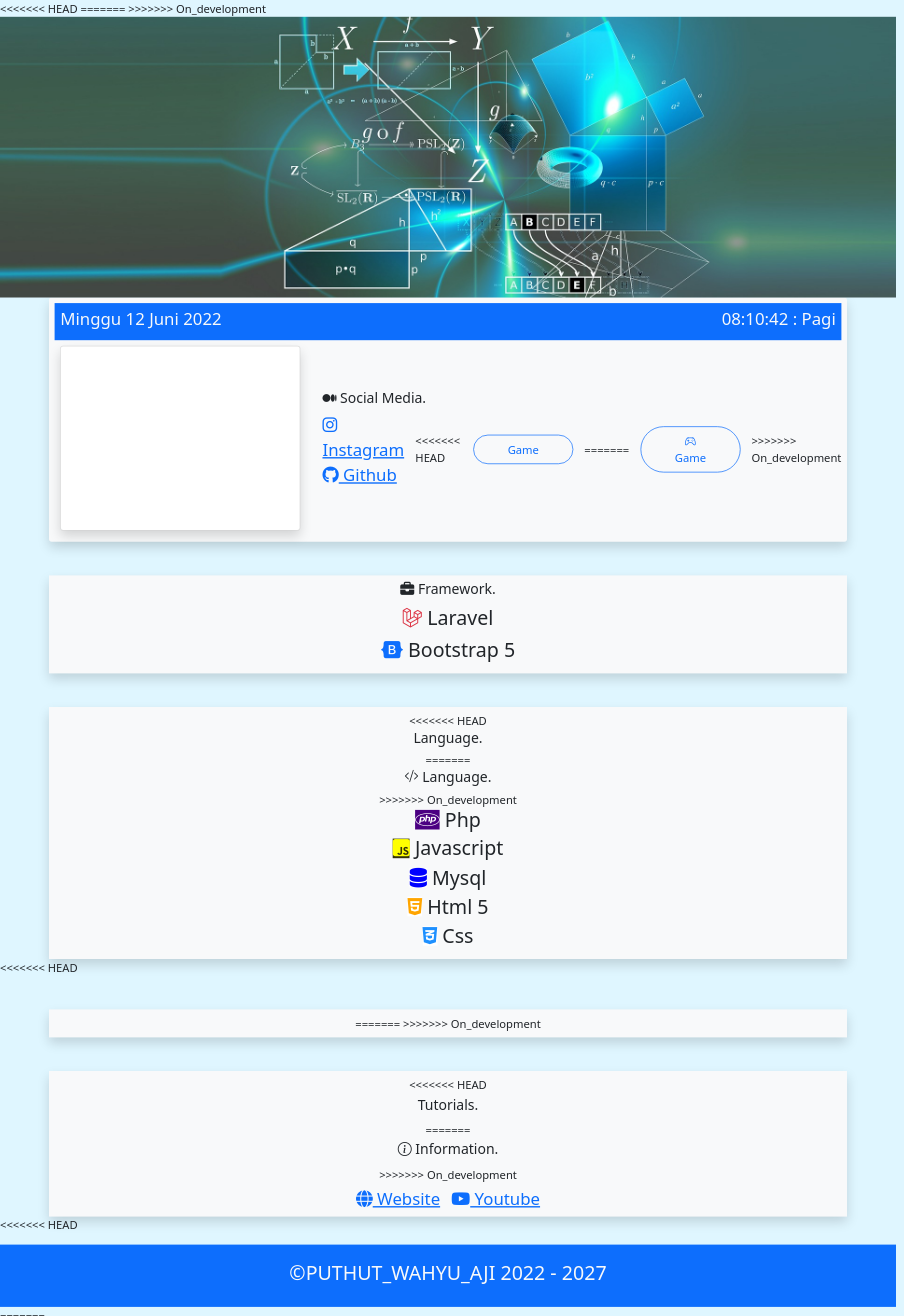
Repository: initer3737/initer3737.github.io
Page: index.html
An editor plug-in stored every save of this project. The page is shown before and after the next save, followed by the edit.
The browser window is 1280 px wide. The page is 1292 px wide, so the pictures cover 1292 px, including what lies to the right of the window. The pictures show the part of the page from y = 0 to 1880 px (the page is 3700 px tall before and 3676 px after), at 70% of full size.
Pictures or frames that could not be fetched are drawn as grey boxes. Some web libraries are served in a nearby version.

Above is the page before, as saved 2022-06-12 08:44:28.

### index.html
<!DOCTYPE html>
<html lang="en">
<head>
    <meta charset="UTF-8">
    <meta http-equiv="X-UA-Compatible" content="IE=edge">
    <meta name="viewport" content="width=device-width, initial-scale=1.0">
    <title>puthut wahyu aji</title>
    <link href="https://cdn.jsdelivr.net/npm/bootstrap@5.0.2/dist/css/bootstrap.min.css" rel="stylesheet" integrity="sha384-EVSTQN3/azprG1Anm3QDgpJLIm9Nao0Yz1ztcQTwFspd3yD65VohhpuuCOmLASjC" crossorigin="anonymous">
    <script src="https://kit.fontawesome.com/7bb1ae10af.js" crossorigin="anonymous"></script>
<<<<<<< HEAD
=======
<!-- bootstrap icon -->
<link rel="stylesheet" href="https://cdn.jsdelivr.net/npm/bootstrap-icons@1.8.3/font/bootstrap-icons.css">
>>>>>>> on_development

    <link rel="stylesheet" href="css/style.css">
</head>
<body class="bg-1">
    <header class=" bg-1">
       <div class="row">
         <img src="img/banner-982162_1920.jpg" alt="" class="img-fluid w-100" srcset="">
       </div>
    </header>
    <div class="container bg-light shadow rounded  d-flex flex-column gap-4 justify-content-center align-content-center align-items-center p-2">
        <div class="row d-flex align-content-center align-items-center">
            <div class="col-12">
               <div class="bg-primary text-capitalize d-flex justify-content-between">
                <p id="fulldate" class="h4 text-light p-2"></p>
                <p id="jam" class="h4 text-light p-2"></p>
               </div>
            </div>
            <div class="col-10 col-md-5 col-lg-4">
               <div class="card shadow m-2 p-1 position-relative">
                <video src="img/Earth - 4788.mp4" loop muted autoplay class="w-100 rounded-pill py-5 px-2"></video>
                <div class="filter2"></div>
               </div>
            </div>
            <div class="col-10 col-md-9 col-lg-8">
               <h5 class="text-capitalize"><i class="bi bi-medium"></i> social media.</h5>
               <div class="d-flex flex-row align-content-center align-items-center gap-3">
                <div class="d-flex flex-column fs-4">
                    <a href="https://www.instagram.com/puthutwahyuaji/" target="_blank" class="text-capitalize"><i class="fa-brands fa-instagram"></i> instagram</a>
                    <!-- <a href="https://www.facebook.com/puthut.wahyuaji.94/" target="_blank" class="text-capitalize"><i class="fa-brands fa-facebook"></i> facebook</a>
                    <a href="https://twitter.com/puthut_wahkyu" target="_blank" class="text-capitalize"><i class="fa-brands fa-twitter"></i> twitter</a> -->
                    <!-- <a href="https://www.sololearn.com/profile/22926925" target="_blank" class="text-capitalize"><i class="fa-solid fa-globe"></i> sololearn</a> -->
                    <!-- <a href="https://www.duolingo.com/profile/PUTHUTWAHY" target="_blank" class="text-capitalize"><i class="fa-solid fa-globe"></i> duolingo</a> -->
                    <a href="https://github.com/initer3737" target="_blank" class="text-capitalize"><i class="fa-brands fa-github"></i> github</a>
                </div>
<<<<<<< HEAD
                <div class=""><a href="game.html" class="btn btn-outline-primary rounded-pill px-5 py-2">Game</a></div>
=======
                <div class=""><a href="game.html" class="btn btn-outline-primary rounded-pill px-5 py-2"><i class="bi bi-controller"></i> Game</a></div>
>>>>>>> on_development
            </div>
            </div>
        </div>
    </div>
    <!-- https://www.fiverr.com/share/lYqN8j -->
    <div class="container bg-light shadow mt-5 d-flex flex-column gap-1 justify-content-center align-content-center align-items-center p-2">
        <h5><i class="fa-solid fa-briefcase"></i> framework.</h5>
            <h3><i class="fa-brands fa-laravel text-danger"></i> laravel</h3>
            <h3><i class="fa-brands fa-bootstrap text-primary"></i> bootstrap 5</h3>
        </div>
    </div>

    <div class="container bg-light shadow mt-5 d-flex flex-column  justify-content-center align-content-center align-items-center p-2">
<<<<<<< HEAD
        <h5>language.</h5>
=======
        <h5><i class="bi bi-code-slash"></i> language.</h5>
>>>>>>> on_development
            <h3><i class="fa-brands fa-php php"></i> php</h3>
            <h3><i class="fa-brands fa-js-square javascript"></i> javascript</h3>
            <h3><i class="fa-solid fa-database mysql"></i> mysql</h3>
            <h3><i class="fa-brands fa-html5 html"></i> html 5</h3>
            <h3><i class="fa-brands fa-css3-alt css"></i> css</h3>
        </div>

<<<<<<< HEAD
        <div class="container bg-light shadow mt-5 d-flex flex-column  justify-content-center align-content-center align-items-center p-2">
=======
        <!-- <div class="container bg-light shadow mt-5 d-flex flex-column  justify-content-center align-content-center align-items-center p-2">
>>>>>>> on_development
            <h5 class="capitalize">Hire me on.</h5>
            <div class="d-flex flex-column fs-4">
                <a href="https://www.upwork.com/workwith/puthutwahyuaji" target="_blank"><i class="fa-solid fa-briefcase"></i> upwork.com</a>
                <a href="https://www.fiverr.com/share/lYqN8j" target="_blank"><i class="fa-solid fa-briefcase"></i> fiver.com</a>
            </div>
<<<<<<< HEAD
            </div>
=======
            </div> -->
>>>>>>> on_development

    </div>

    <div class="container bg-light shadow mt-5 d-flex flex-column gap-1 justify-content-center align-content-center align-items-center p-2">
<<<<<<< HEAD
        <h5>tutorials.</h5>
=======
        <h5><i class="bi bi-info-circle"></i> information.</h5>
>>>>>>> on_development
        <div class="fs-4 d-flex gap-3">
            <a href="https://initer3737.github.io/course/html/pages/course.html" target="_blank"><i class="fa-solid fa-globe"></i> website</a>
            <a href="https://www.youtube.com/channel/UClsfa0LkA3_YMsFjW1M__sw" target="_blank"><i class="fa-brands fa-youtube"></i> youtube</a>
        </div>
    </div>

<<<<<<< HEAD
    <footer class="bg-primary mt-3 p-4 text-light">
        <h3 class="text-center">&copy;PUTHUT_WAHYU_AJI <span id="year"></span></h3>
    </footer>
    <div class="modals-groups">
        <div class="modal fade" id="quotes">
            <div class="modal-dialog modal-dialog-centered">
                <div class="modal-content">
                    <div class="modal-header">
                        <h5 class="modal-title">message</h5>
                        <button class="btn-close" data-bs-dismiss="modal"></button>
                    </div>
                    <div class="modal-body">
                        <blockquote>"
                            manusia memiliki keinginan untuk menjadi kuat
                            sehingga lupa untuk menurunkan bakatnya pada
                            generasi selanjutnya lalu pada akhirnya mereka
                            tak mendapatkan apapun , tak akan ada yang
                            dapat mengingat namanya."
                        </blockquote> <hr>
                        <blockquote>
                            "kau tahu? , meski kau menghargai hidupmu,
                            orang lain begitu mudah menginjak-injaknya."
                            <p class="text-center">
                                -yorichi sugikuni
                            </p>
                        </blockquote>
                    </div>
                </div>
            </div>
        </div>
    </div>
=======
    <footer class="mt-3 text-light">
       <div class="row">
        <div class="col-12">
            <img src="img/banner-909710_1920.jpg" class="img-fluid w-100" alt="">
           </div>
           <div class="col-6 mt-5 m-auto">
            <div class="d-flex flex-row flex-wrap">
                <h3 class="color-4"><i class="bi bi-dash-circle-fill"></i> INTERNAL SERVER ERROR!</h3>
                <img src="img/giphy.gif" class="img-fluid w-100" alt="">
            </div>
           </div>
           <div class="col-12 mt-4">
            <img src="img/gears-1311171_1920.jpg" class="img-fluid w-100" alt="">
           </div>
           <div class="col-6 mt-5 m-auto">
            <div class="d-flex flex-row flex-wrap">
                <h3 class="color-4"><i class="bi bi-send-fill"></i> sending files!</h3>
                <img src="img/giphy (1).gif" class="img-fluid w-100" alt="">
            </div>
           </div>
       </div>
    </footer>
>>>>>>> on_development
    <script src="https://cdn.jsdelivr.net/npm/bootstrap@5.0.2/dist/js/bootstrap.bundle.min.js" integrity="sha384-MrcW6ZMFYlzcLA8Nl+NtUVF0sA7MsXsP1UyJoMp4YLEuNSfAP+JcXn/tWtIaxVXM" crossorigin="anonymous"></script>
</body>
</html>

<script>
    function Years() {
        $date=new Date();
        let t=document.getElementById('year');
        t.innerHTML=`${$date.getFullYear()} - ${$date.getFullYear()+5}`;
    }
    function Jam(){
        let T=document.getElementById('jam');
        let time=new Date();let hour;let minuets;let second;let statusTime;
        hour=validateTime(time.getHours());minuets=validateTime(time.getMinutes());second=validateTime(time.getSeconds());statusTime=()=>{
            if(hour > 00 &&hour < 11 ){
                status="pagi";
            }else if(hour >11 && hour < 15){
                status="siang";
            }else if(hour > 15 && hour < 18 ){
                status="sore";
            }else{
                status="malam";
            }

            return status;
        };
        T.innerHTML=`${hour}:${minuets}:${second} : ${statusTime()}`;
        setTimeout('Jam()',1000);
    }
    function Tanggal(){
        let t=document.getElementById("fulldate");
        let time=new Date();
        let hari;let bulan;let tanggal;let tahun;let hariAngka=time.getDate();
        tahun=time.getFullYear();bulan=time.getMonth();hari=time.getDay();
        let data={
            hari:["minggu","senin","selasa","rabu","kamis","jum'at","sabtu"],
            bulan:["januari","february","maret","april","mei","juni","juli","agustus","september","oktober","november","desember"]
        };
         t.innerHTML=`${data.hari[hari]}  ${hariAngka}  ${data.bulan[bulan]}  ${tahun}`;
    }
    const validateTime=(T)=>T<10 ?'0'+T:T;

    const initialize=()=>{
                Tanggal();
                Years();
                Jam();
            }

            initialize();
</script>

### css/style.css
*{
    text-transform: capitalize;
   cursor: url(https://ani.cursors-4u.net/cursors/cur-13/cur1162.ani), url(https://ani.cursors-4u.net/cursors/cur-13/cur1162.png), auto !important;
}
body{
    cursor: url('img/cursor.jpeg'),auto;
    /* background-color: #ddd; */
}
a:hover{
    transition:ease-in-out 0.5s;
    color: blueviolet;
    text-decoration: none;
}
.css{
    color: dodgerblue;
    background-color:white ;
}
.html{
    color: orange;
    background-color: white;
}
.mysql{
    background-color:white ;
    color: blue;
}
.javascript{
    background-color:rgb(51, 51, 9) ;
    color: yellow;
}
.php{
    background-color:indigo ;
    color: white;
}
header{
    /* height: 90vh; */
    display: flex;
    align-items: center;
    align-content: center;
    justify-content: center;
}
.filter{
    background-color: dodgerblue;
    opacity: 0.6;
    height: 100%;
    top: 0;
    width: 100%;
    position: absolute;
}
.text-container{
    z-index: 999;
}
.card:hover{
    /* border-color: dodgerblue; */
    background-color: dodgerblue;
    transform: perspective(12px);
    cursor: pointer;
}
.gambar{
    background-image: #000;
}

/*color pallete*/
.color-1{
    color:#DFF6FF;
}
.bg-1{
    background-color:#DFF6FF;
}

.color-2{
    color:#47B5FF;
}
.bg-2{
    background-color:#47B5FF;
}

.color-3{
    color:#1363DF;
}
.bg-3{
    background-color:#1363DF;
}

.color-4{
    color:#06283D;
}
.bg-4{
    background-color:#06283D;
}

After the next save:
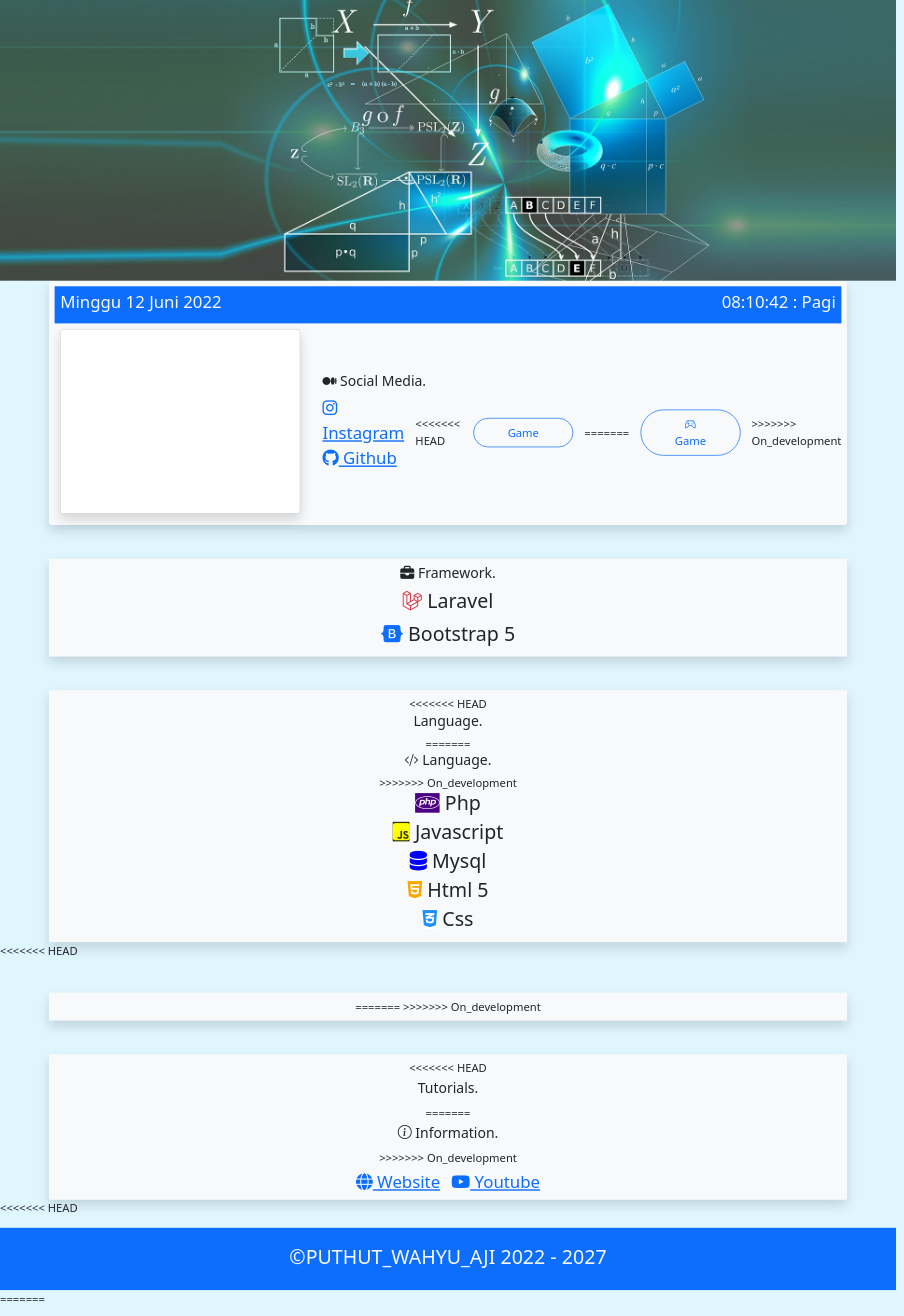
Saved 11 s later.
--- a/index.html
+++ b/index.html
@@ -7,11 +7,8 @@
     <title>puthut wahyu aji</title>
     <link href="https://cdn.jsdelivr.net/npm/bootstrap@5.0.2/dist/css/bootstrap.min.css" rel="stylesheet" integrity="sha384-EVSTQN3/azprG1Anm3QDgpJLIm9Nao0Yz1ztcQTwFspd3yD65VohhpuuCOmLASjC" crossorigin="anonymous">
     <script src="https://kit.fontawesome.com/7bb1ae10af.js" crossorigin="anonymous"></script>
-<<<<<<< HEAD
-=======
 <!-- bootstrap icon -->
 <link rel="stylesheet" href="https://cdn.jsdelivr.net/npm/bootstrap-icons@1.8.3/font/bootstrap-icons.css">
->>>>>>> on_development
 
     <link rel="stylesheet" href="css/style.css">
 </head>
